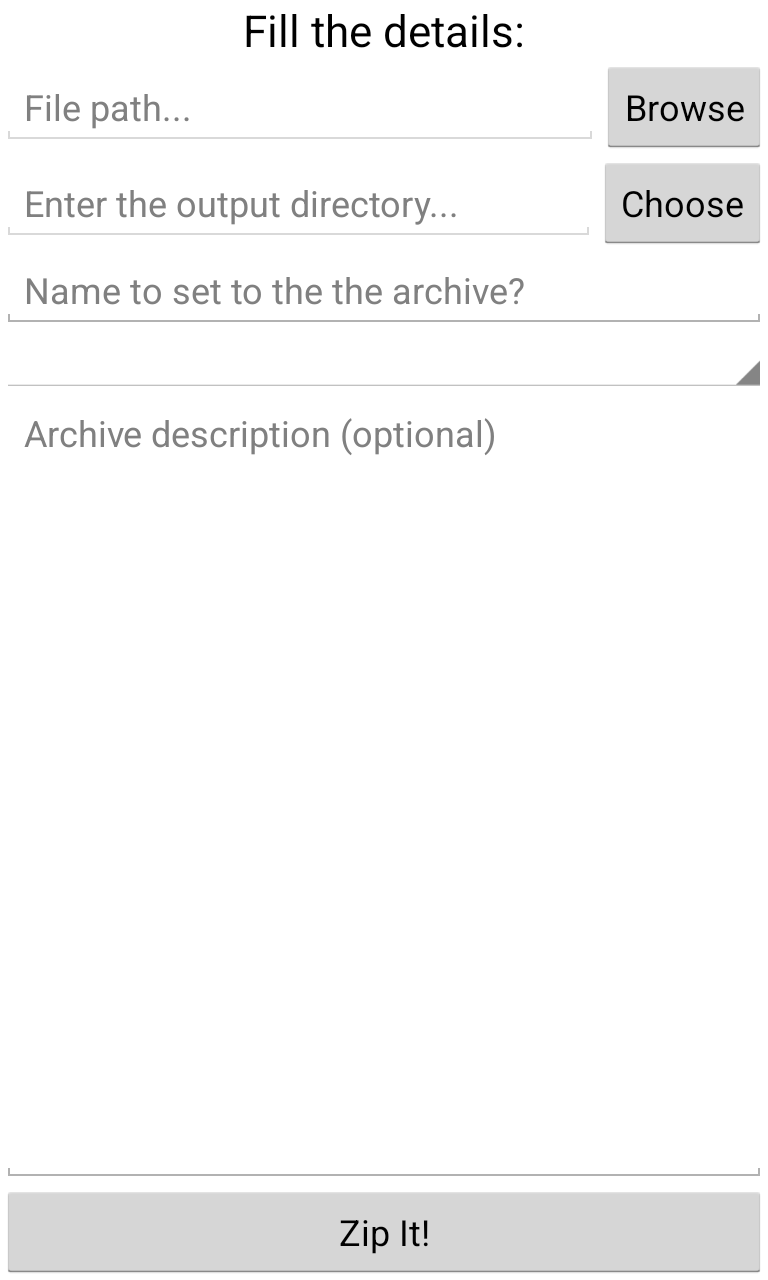
Repository: ya-ivanov/Android-Projects
Layout: Android Projects (OLD)/Zip It!/ZipIt/res/layout/activity_main.xml
The author's editor kept a copy of each file at every save. The layout is drawn from the files as they stood at one save, then again after the next save.
It is drawn on a 768 x 1280 px phone screen (xhdpi) without system bars, with theme AppTheme; the app's code is not run.

Above is the layout before, as saved 2013-12-12 18:07:33.

### Android Projects (OLD)/Zip It!/ZipIt/res/layout/activity_main.xml
<LinearLayout xmlns:android="http://schemas.android.com/apk/res/android"
    android:layout_width="fill_parent"
    android:layout_height="fill_parent"
    android:orientation="vertical" >

    <TextView
        android:id="@+id/textView1"
        android:layout_width="match_parent"
        android:layout_height="wrap_content"
        android:gravity="center_horizontal"
        android:text="Fill the details:"
        android:textAppearance="?android:attr/textAppearanceLarge" />

    <LinearLayout
        android:layout_width="match_parent"
        android:layout_height="wrap_content" >

        <EditText
            android:id="@+id/files"
            android:layout_width="253dp"
            android:layout_height="wrap_content"
            android:layout_weight="1.14"
            android:ems="10"
            android:enabled="false"
            android:hint="File path..."
            android:singleLine="true" >

            <requestFocus />
        </EditText>

        <Button
            android:id="@+id/browse"
            android:layout_width="wrap_content"
            android:layout_height="wrap_content"
            android:text="Browse" />
    </LinearLayout>

    <LinearLayout
        android:layout_width="match_parent"
        android:layout_height="wrap_content" >

        <EditText
            android:id="@+id/endDir"
            android:layout_width="match_parent"
            android:layout_height="wrap_content"
            android:layout_weight="1"
            android:ems="10"
            android:enabled="false"
            android:hint="Enter the output directory..."
            android:singleLine="true" >
        </EditText>

        <Button
            android:id="@+id/choose"
            android:layout_width="wrap_content"
            android:layout_height="wrap_content"
            android:text="Choose" />

    </LinearLayout>

    <LinearLayout
        android:layout_width="match_parent"
        android:layout_height="wrap_content" >

        <EditText
            android:id="@+id/archiveName"
            android:layout_width="match_parent"
            android:layout_height="wrap_content"
            android:layout_weight="1"
            android:ems="10"
            android:hint="Name to set to the the archive?"
            android:singleLine="true" />

    </LinearLayout>

    <Spinner
        android:id="@+id/spinner"
        android:layout_width="fill_parent"
        android:layout_height="wrap_content" />

    <EditText
        android:id="@+id/editText1"
        android:layout_width="match_parent"
        android:layout_height="wrap_content"
        android:layout_weight="1"
        android:ems="10"
        android:hint="Archive description (optional)"
        android:gravity="top" >

    </EditText>

    <Button
        android:id="@+id/button1"
        android:layout_width="match_parent"
        android:layout_height="wrap_content"
        android:text="Zip It!" />

</LinearLayout>

Loaded but not shown: Android Projects (OLD)/Zip It!/ZipIt/res/values/styles.xml (common file); Android Projects (OLD)/Zip It!/ZipIt/res/values-v11/styles.xml (common file); Android Projects (OLD)/Zip It!/ZipIt/res/values-v14/styles.xml (common file)

After the next save:
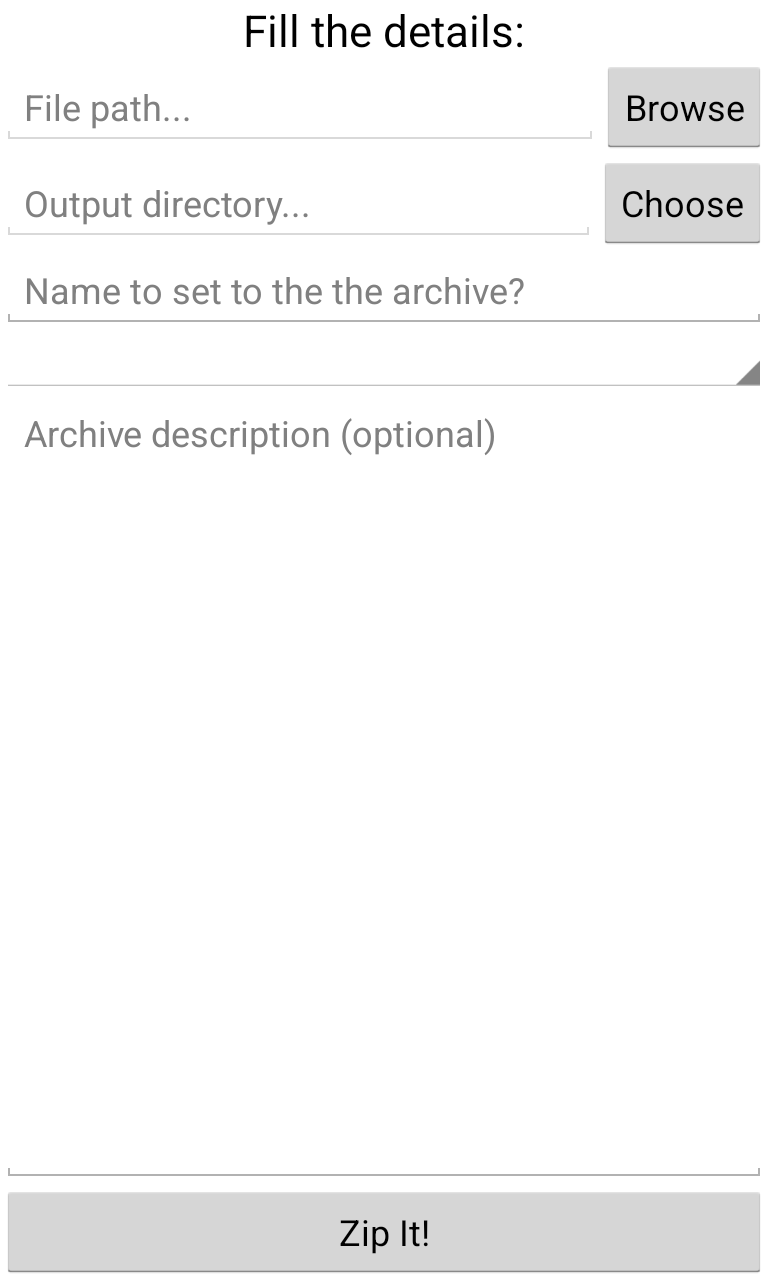
Saved 5 s later.
--- a/Android Projects (OLD)/Zip It!/ZipIt/res/layout/activity_main.xml
+++ b/Android Projects (OLD)/Zip It!/ZipIt/res/layout/activity_main.xml
@@ -46,7 +46,7 @@
             android:layout_weight="1"
             android:ems="10"
             android:enabled="false"
-            android:hint="Enter the output directory..."
+            android:hint="Output directory..."
             android:singleLine="true" >
         </EditText>
 
